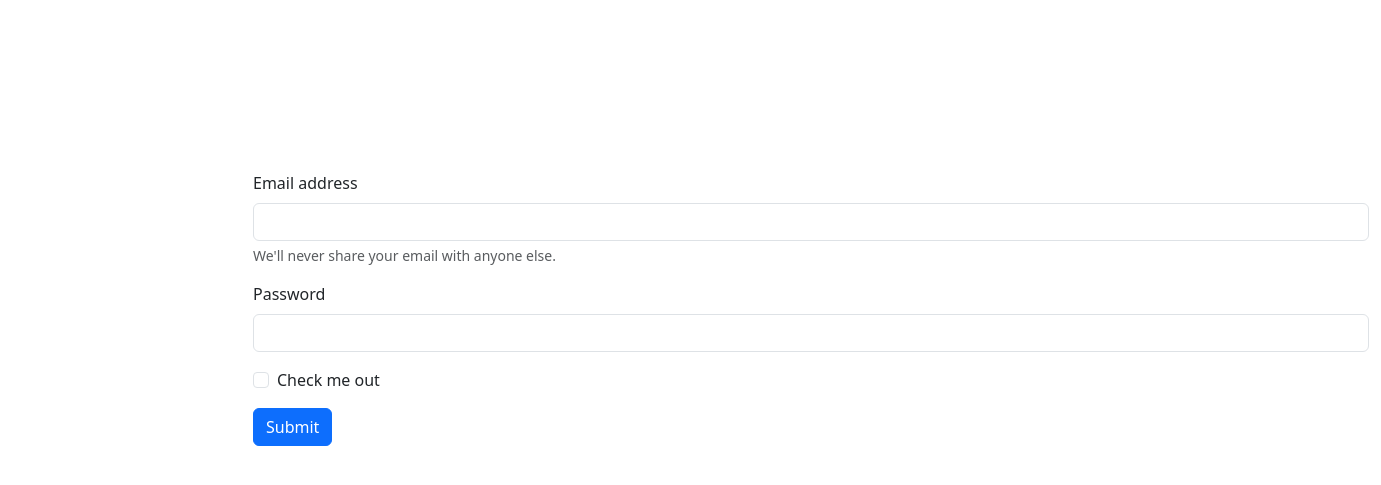
Repository: lemoueno/programme_dev_fullstack
Page: bootstrap/form/form.html
An editor plug-in stored every save of this project. The page is shown before and after the next save, followed by the edit.
The browser window is 1280 px wide. The page is 1381 px wide, then 1280 px, so the pictures cover 1381 px, including what lies to the right of the window. The pictures show the whole page.

Above is the page before, as saved 2023-12-03 16:57:41.

After the next save:
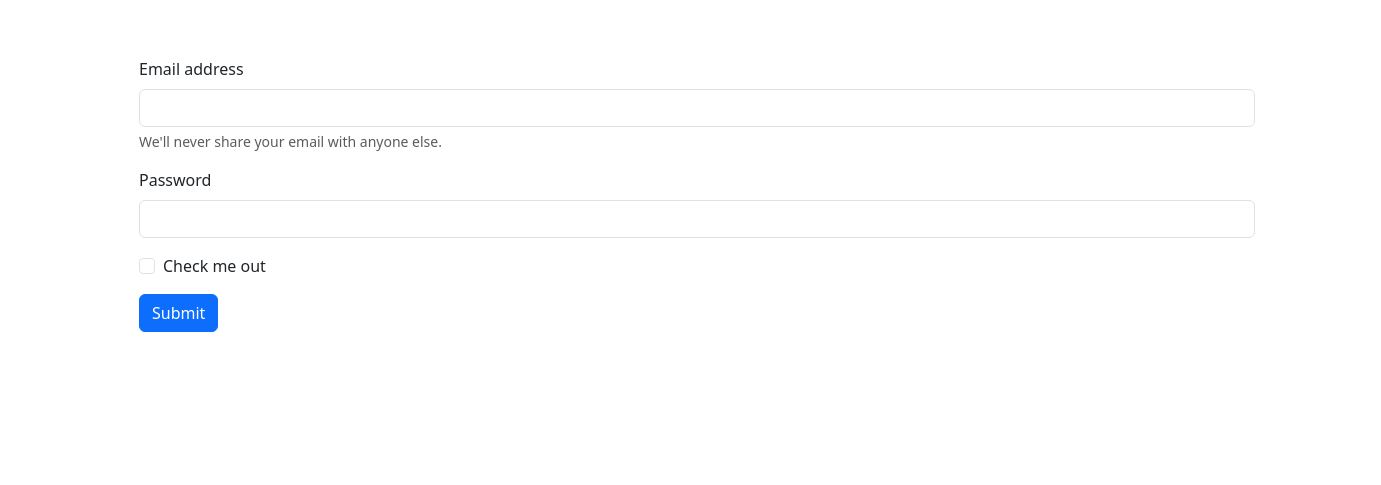
Saved 23 s later.
--- a/bootstrap/form/form.html
+++ b/bootstrap/form/form.html
@@ -9,7 +9,7 @@
 <body>
     <div class="container">
         <div class="row">
-            <form style="margin: 15%;">
+            <form style="margin:5%;">
                 <div class="mb-3">
                   <label for="exampleInputEmail1" class="form-label">Email address</label>
                   <input type="email" class="form-control" id="exampleInputEmail1" aria-describedby="emailHelp">
